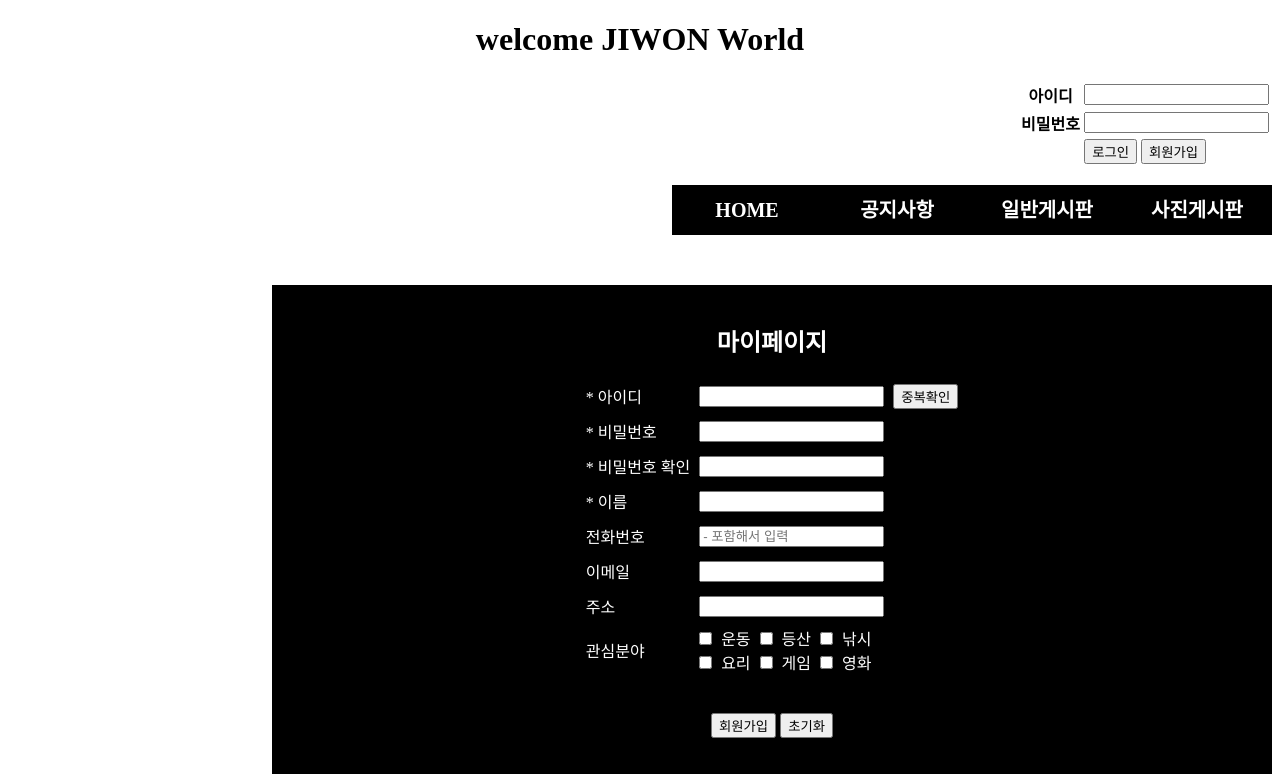
Repository: Choechang/jspProject
Page: http://localhost/jspProject/views/member/myPage.jsp
An editor plug-in stored every save of this project. The page is shown before and after the next save, followed by the edit.
The browser window is 1280 px wide. The pictures show the whole page.
The page is served by Tomcat 9.

Above is the page before, as saved 2023-10-16 06:23:33.

After the next save:
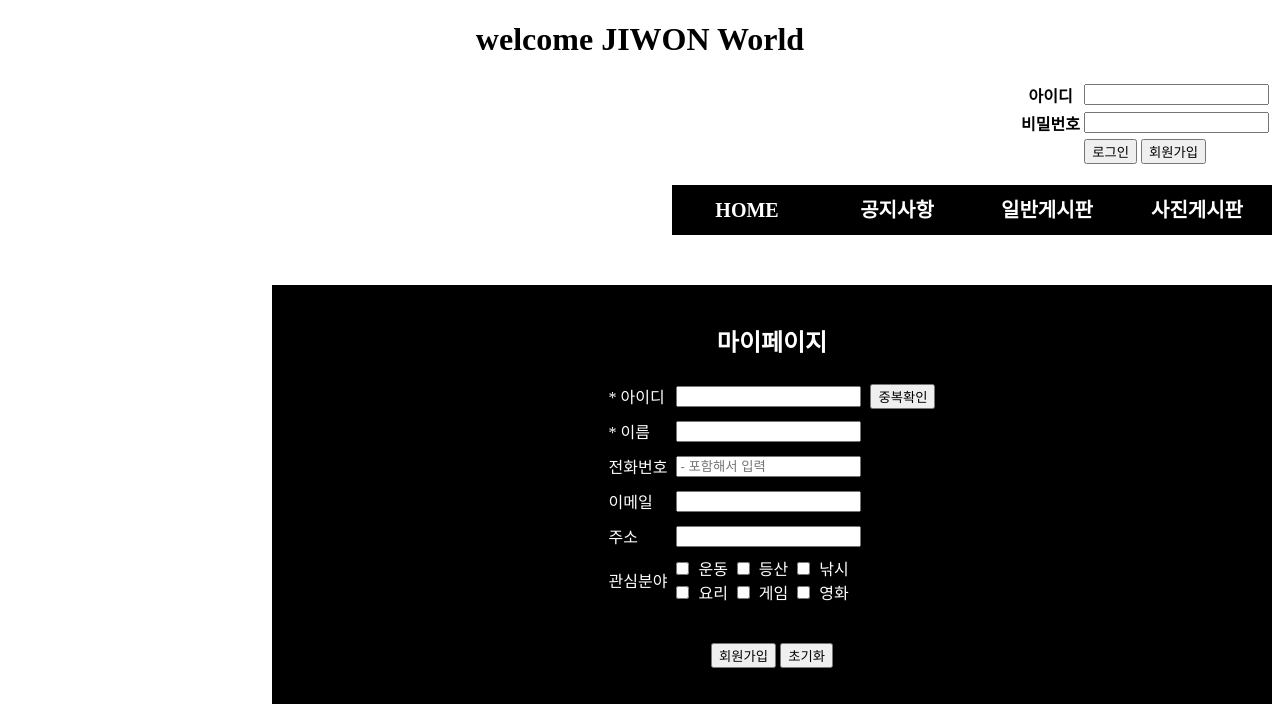
Saved 32 s later.
--- a/jspProject/src/main/webapp/views/member/myPage.jsp
+++ b/jspProject/src/main/webapp/views/member/myPage.jsp
@@ -36,16 +36,6 @@
                     <td>* 아이디</td>
                     <td><input type="text" name="userId" maxlength="12" required></td>
                     <td><button type="button">중복확인</button></td>
-                </tr>
-                <tr>
-                    <td>* 비밀번호</td>
-                    <td><input type="password" name="userPwd" maxlength="15" required></td>
-                    <td></td>
-                </tr>
-                <tr>
-                    <td>* 비밀번호 확인</td>
-                    <td><input type="password" name ="userPwdCheck" maxlength="15" required></td>
-                    <td></td>
                 </tr>
                 <tr>
                     <td>* 이름</td>
